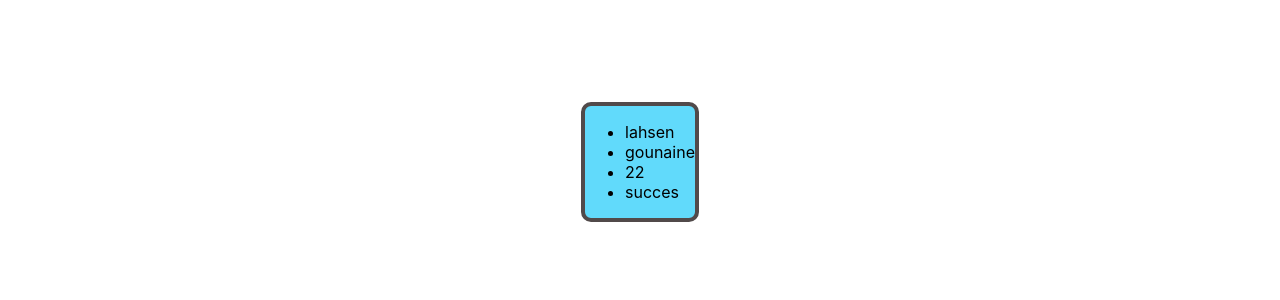
Repository: gounaine/Add_candidat
Page: /
An editor plug-in stored every save of this project. The page is shown before and after a run of saves, followed by the edit.
The browser window is 1280 px wide. The pictures show the whole page.
The project was rebuilt for these pictures with package versions that can differ from the ones it lists, and the page was loaded fresh each time.

Above is the page before, as saved 2024-05-26 20:23:38.

### src/index.js
import React from 'react';
import ReactDOM from 'react-dom/client';
import './index.css';
import App from './App';
import Person from './person';
import reportWebVitals from './reportWebVitals';


const root = ReactDOM.createRoot(document.getElementById('root'));
root.render(
  <React.StrictMode>
    <App/>
    <Person data={[{firsTname:"lahsen" , lastName:'gounaine', Age:22 , Etat:'succes'} ] }></Person>


  </React.StrictMode>
);

// If you want to start measuring performance in your app, pass a function
// to log results (for example: reportWebVitals(console.log))
// or send to an analytics endpoint. Learn more: https://bit.ly/CRA-vitals
reportWebVitals();

### src/App.js


import './App.css';

function App(props) {
  console.log(props)
  return (
    <div className="App">
      <h2>{props.firstName}</h2>
      <h2>{props.children}</h2>
    </div>
  );
}

export default App;

### src/person.js
import React from 'react';

export default function Person({ data }) {
  return (
    <div className="Card">
      {data.map((element, index) => (
        <ul key={index}>
          <li>{element.firsTname}</li>
          <li>{element.lastName}</li>
          <li>{element.Age}</li>
          <li>{element.Etat}</li>
        </ul>
      ))}
    </div>
  );
}

### src/App.css
.App {
  text-align: center;
}

.App-logo {
  height: 40vmin;
  pointer-events: none;
}

@media (prefers-reduced-motion: no-preference) {
  .App-logo {
    animation: App-logo-spin infinite 20s linear;
  }
}

.App-header {
  background-color: #282c34;
  min-height: 100vh;
  display: flex;
  flex-direction: column;
  align-items: center;
  justify-content: center;
  font-size: calc(10px + 2vmin);
  color: white;
}

.App-link {
  color: #61dafb;
}

@keyframes App-logo-spin {
  from {
    transform: rotate(0deg);
  }
  to {
    transform: rotate(360deg);
  }
}

.Card{
  background-color:#61dafb;
  border: 4px solid rgb(81, 74, 74);
  margin: 2px;
  border-radius: 10px;

}




#root{
  display: flex;
  justify-content: center;
  align-items:center;
  margin-top: 100px;



}

Loaded but not shown: public/index.html (common file); src/index.css (common file); src/reportWebVitals.js (common file)

After the next 2 saves:
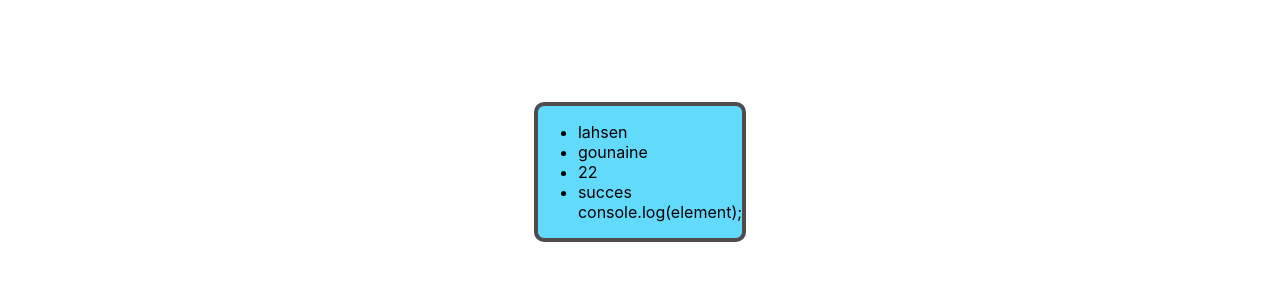
The 2 saves are shown as one change because 1 did not build or start.
The last was saved 3 min 39 s later.
--- a/src/person.js
+++ b/src/person.js
@@ -4,11 +4,13 @@
   return (
     <div className="Card">
       {data.map((element, index) => (
+
         <ul key={index}>
           <li>{element.firsTname}</li>
           <li>{element.lastName}</li>
           <li>{element.Age}</li>
           <li>{element.Etat}</li>
+          console.log(element);
         </ul>
       ))}
     </div>

After the save that followed:
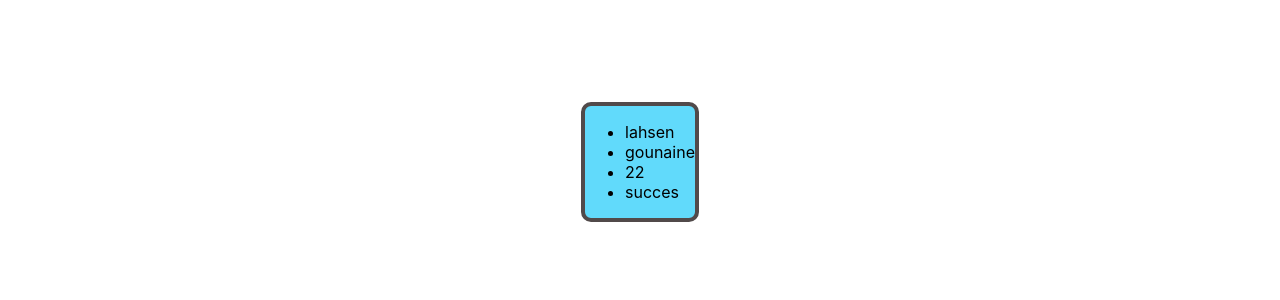
Saved 11 s later.
--- a/src/person.js
+++ b/src/person.js
@@ -10,7 +10,7 @@
           <li>{element.lastName}</li>
           <li>{element.Age}</li>
           <li>{element.Etat}</li>
-          console.log(element);
+         { console.log(element)}
         </ul>
       ))}
     </div>
